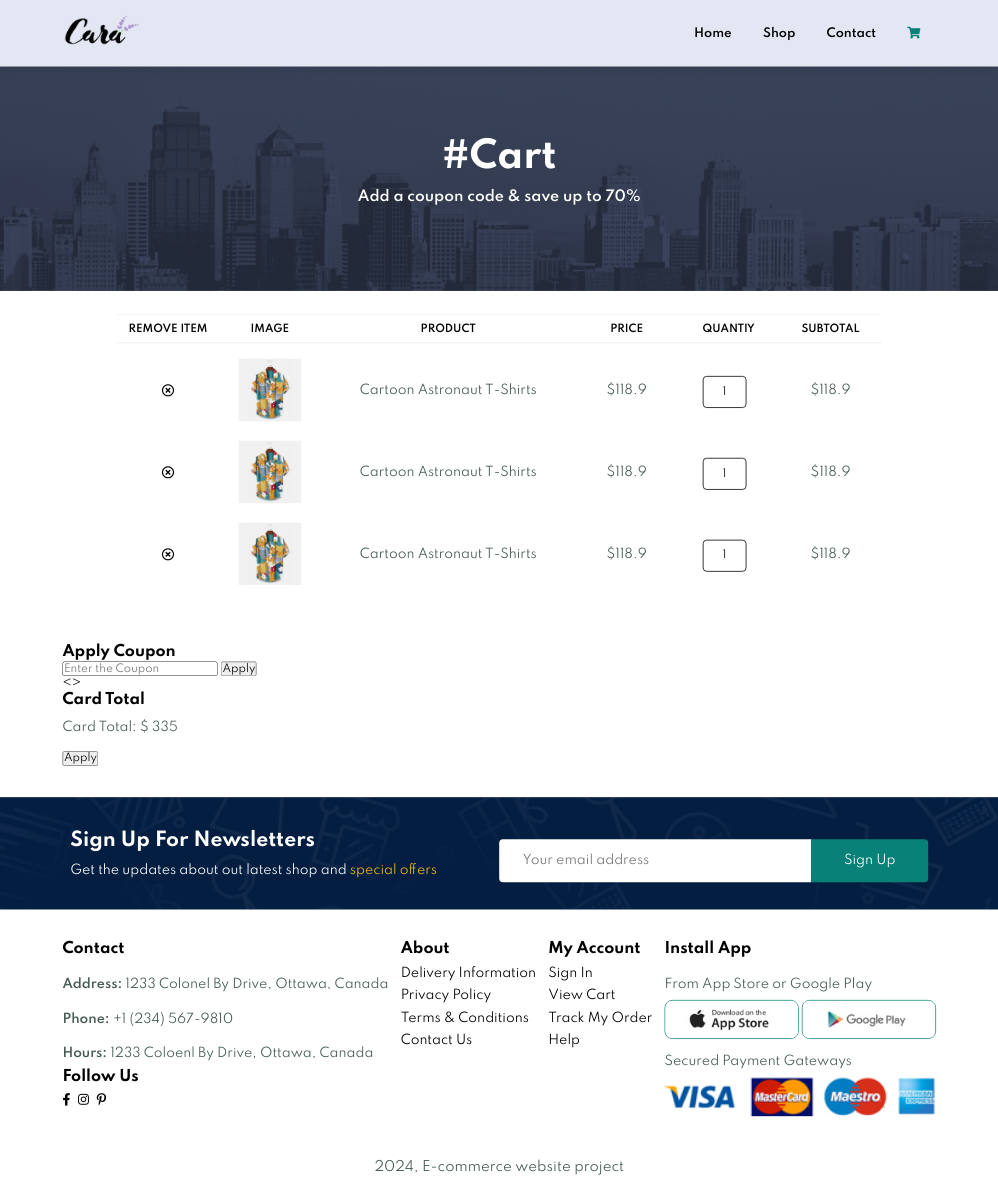
Repository: Daryllgio/E-Commerce-Website-UI
Page: cart.html
These files come from the project's save history. The page is drawn as it stood at one moment and after the next save; the edit follows.
The browser window is 1280 px wide. The pictures show the whole page, at 78% of full size.
Some web libraries are served in a nearby version.

Above is the page before, as saved 2025-01-02 03:23:56.

After the next save:
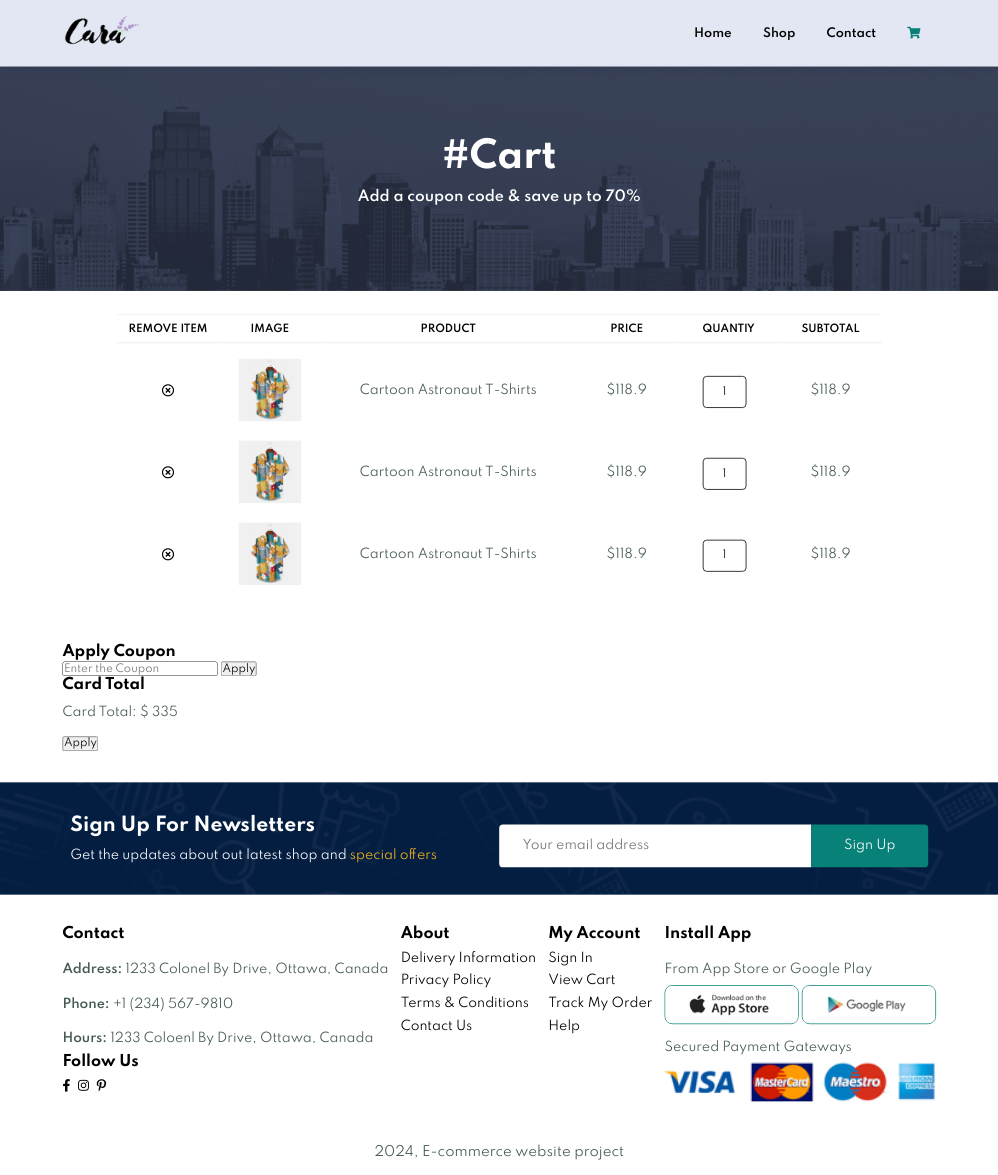
Saved 13 s later.
--- a/cart.html
+++ b/cart.html
@@ -208,15 +208,13 @@
             </div>
         </div>
 
-        <>
+        <div>
             <h3>
                 Card Total
             </h3>
             <p>Card Total: $ 335</p>
             <button>Apply</button>
-
-
-            </div>
+        </div>
 
     </section>
 

After the save that followed:
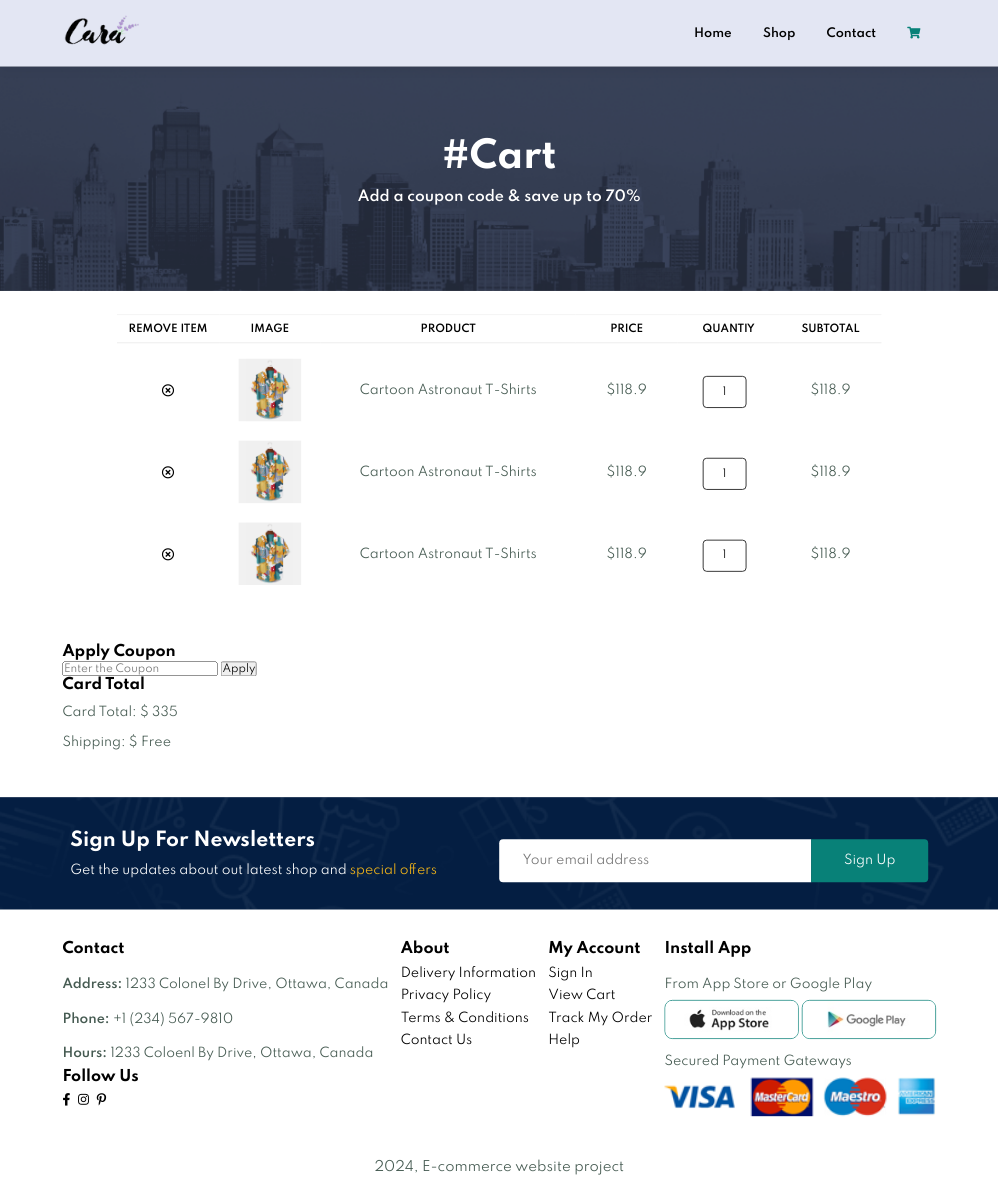
Saved 2 min 23 s later.
--- a/cart.html
+++ b/cart.html
@@ -213,7 +213,8 @@
                 Card Total
             </h3>
             <p>Card Total: $ 335</p>
-            <button>Apply</button>
+            <p>Shipping: $ Free</p>
+
         </div>
 
     </section>
